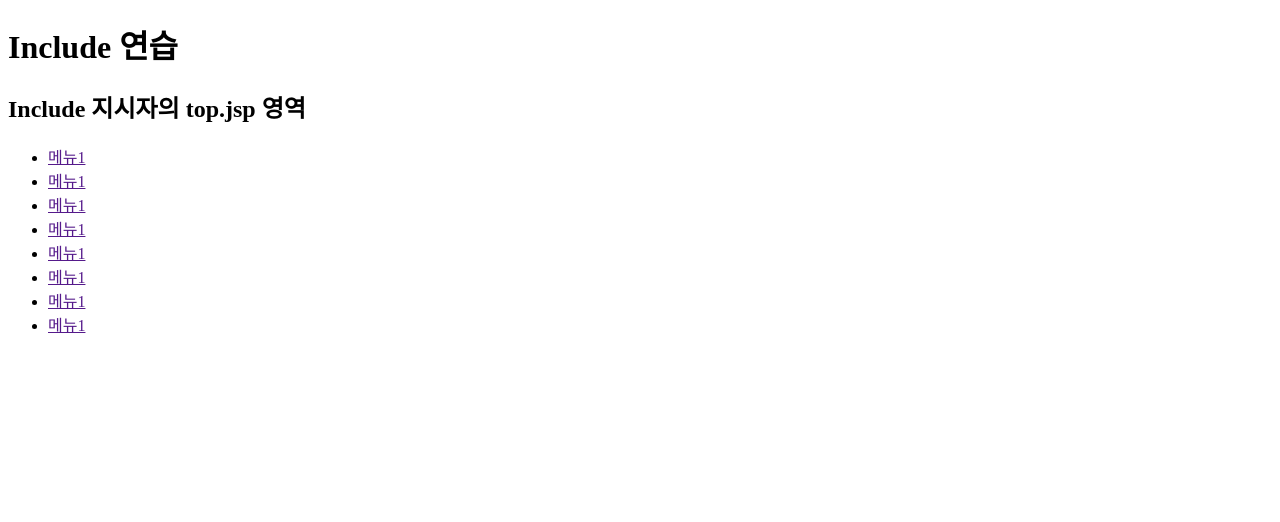
Repository: dev-sean/kosta
Page: http://localhost/jsp_1105_mybatis/ex1_sample.jsp
The author's editor kept a copy of each file at every save. The page is drawn from the files as they stood at one save, then again after the next save.
The browser window is 1280 px wide. The pictures show the whole page.
Some web libraries are served in a nearby version. The page is served by Tomcat 9. Other server files are loaded and not shown.

Above is the page before, as saved 2014-11-04 01:12:45.

### jsp/jsp_1105_mybatis/WebContent/ex1_sample.jsp
<%@ page language="java" contentType="text/html; charset=EUC-KR"
	pageEncoding="EUC-KR"%>
<!DOCTYPE html>
<html>
<head>
<meta charset="EUC-KR">
<title>Insert title here</title>
<script src="//code.jquery.com/jquery-1.11.0.min.js"></script>
<script src="//code.jquery.com/jquery-migrate-1.2.1.min.js"></script>
<style>
</style>
<script>
	$(document).ready(function() {

	});
</script>
</head>
<body>
	<div id="wrap">
		<header>
			<h1>Include 연습</h1>
			<h2>Include 지시자의 top.jsp 영역</h2>
			<nav>
				<ul>
					<li><a href="">메뉴1</a></li>
					<li><a href="">메뉴1</a></li>
					<li><a href="">메뉴1</a></li>
					<li><a href="">메뉴1</a></li>
					<li><a href="">메뉴1</a></li>
					<li><a href="">메뉴1</a></li>
					<li><a href="">메뉴1</a></li>
					<li><a href="">메뉴1</a></li>
				</ul>
			</nav>
		</header>
	</div>
</body>
</html>

After the next save:
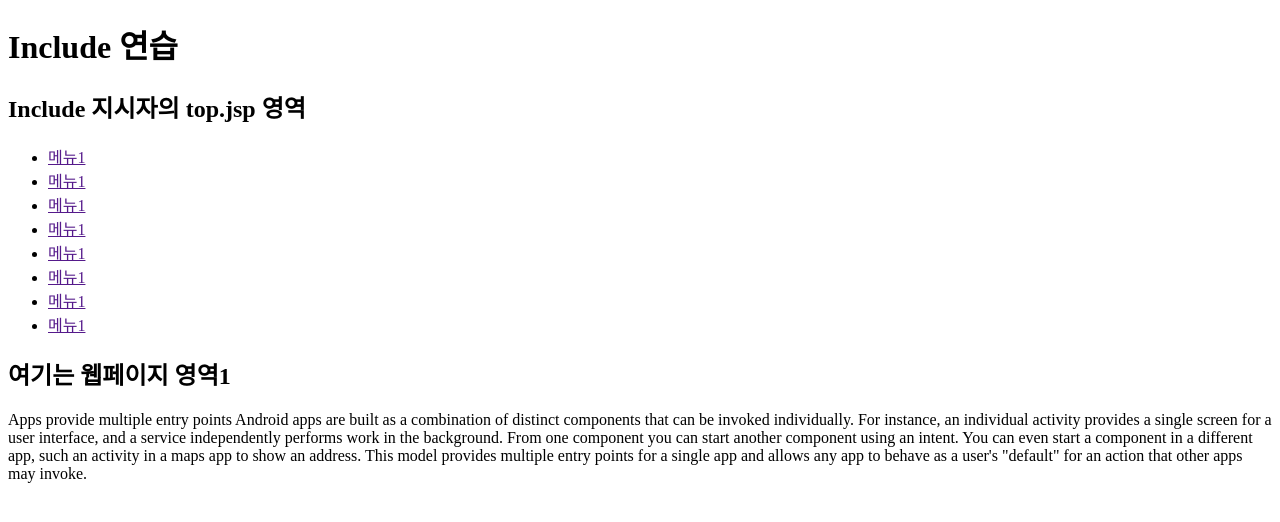
Saved 2 min 16 s later.
--- a/jsp/jsp_1105_mybatis/WebContent/ex1_sample.jsp
+++ b/jsp/jsp_1105_mybatis/WebContent/ex1_sample.jsp
@@ -20,19 +20,31 @@
 		<header>
 			<h1>Include 연습</h1>
 			<h2>Include 지시자의 top.jsp 영역</h2>
-			<nav>
-				<ul>
-					<li><a href="">메뉴1</a></li>
-					<li><a href="">메뉴1</a></li>
-					<li><a href="">메뉴1</a></li>
-					<li><a href="">메뉴1</a></li>
-					<li><a href="">메뉴1</a></li>
-					<li><a href="">메뉴1</a></li>
-					<li><a href="">메뉴1</a></li>
-					<li><a href="">메뉴1</a></li>
-				</ul>
-			</nav>
 		</header>
+		<nav>
+			<ul>
+				<li><a href="">메뉴1</a></li>
+				<li><a href="">메뉴1</a></li>
+				<li><a href="">메뉴1</a></li>
+				<li><a href="">메뉴1</a></li>
+				<li><a href="">메뉴1</a></li>
+				<li><a href="">메뉴1</a></li>
+				<li><a href="">메뉴1</a></li>
+				<li><a href="">메뉴1</a></li>
+			</ul>
+		</nav>
+		<article>
+			<h2>여기는 웹페이지 영역1</h2>
+			<p>Apps provide multiple entry points Android apps are built as a
+				combination of distinct components that can be invoked individually.
+				For instance, an individual activity provides a single screen for a
+				user interface, and a service independently performs work in the
+				background. From one component you can start another component using
+				an intent. You can even start a component in a different app, such
+				an activity in a maps app to show an address. This model provides
+				multiple entry points for a single app and allows any app to behave
+				as a user's "default" for an action that other apps may invoke.</p>
+		</article>
 	</div>
 </body>
 </html>
